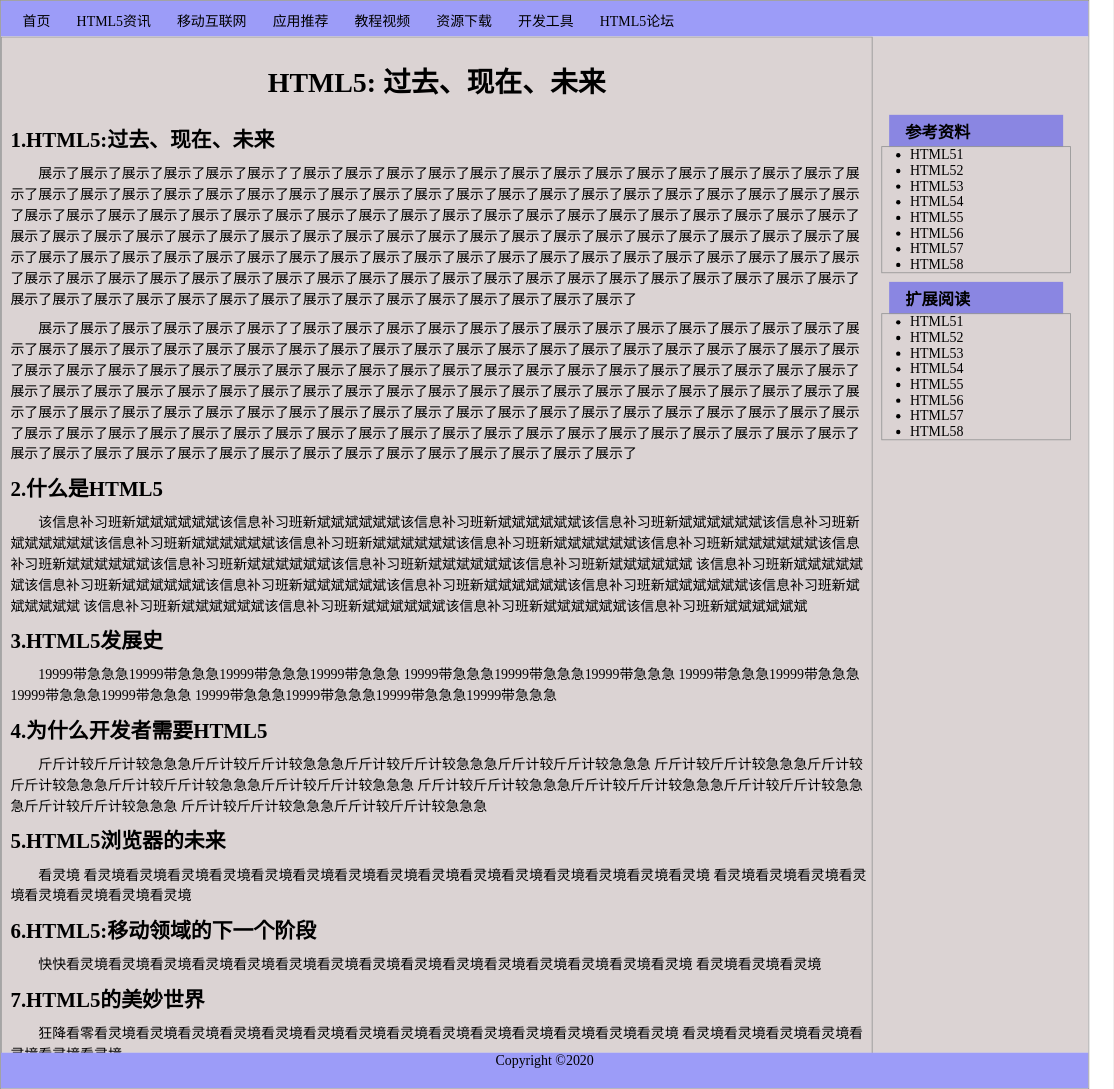
Repository: LstHeart/html-learning
Page: css/案例作业2.html
These files come from the project's save history. The page is drawn as it stood at one moment and after the next save; the edit follows.
The browser window is 1280 px wide. The pictures show the whole page, at 87% of full size.

Above is the page before, as saved 2021-01-06 01:38:33.

After the next save:
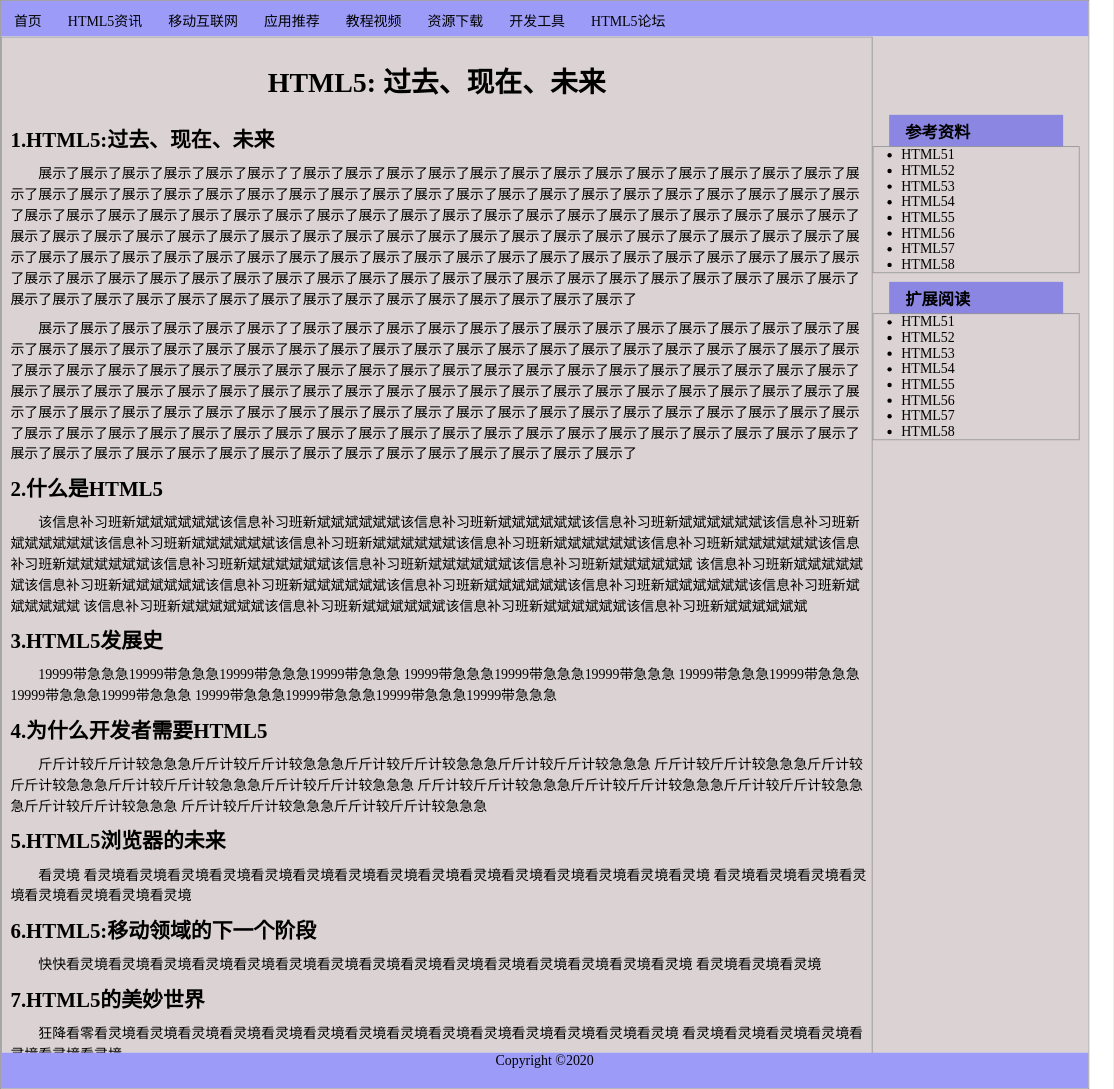
Saved 34 s later.
--- a/css/html5.css
+++ b/css/html5.css
@@ -27,7 +27,6 @@
     text-align: center;
 }
 .head-ul,.rightside-ul{
-    margin: 0px 10px;
     /* width:1250px; */
     /* height: 41px; */
     /* padding-left: 10px; */

After the save that followed:
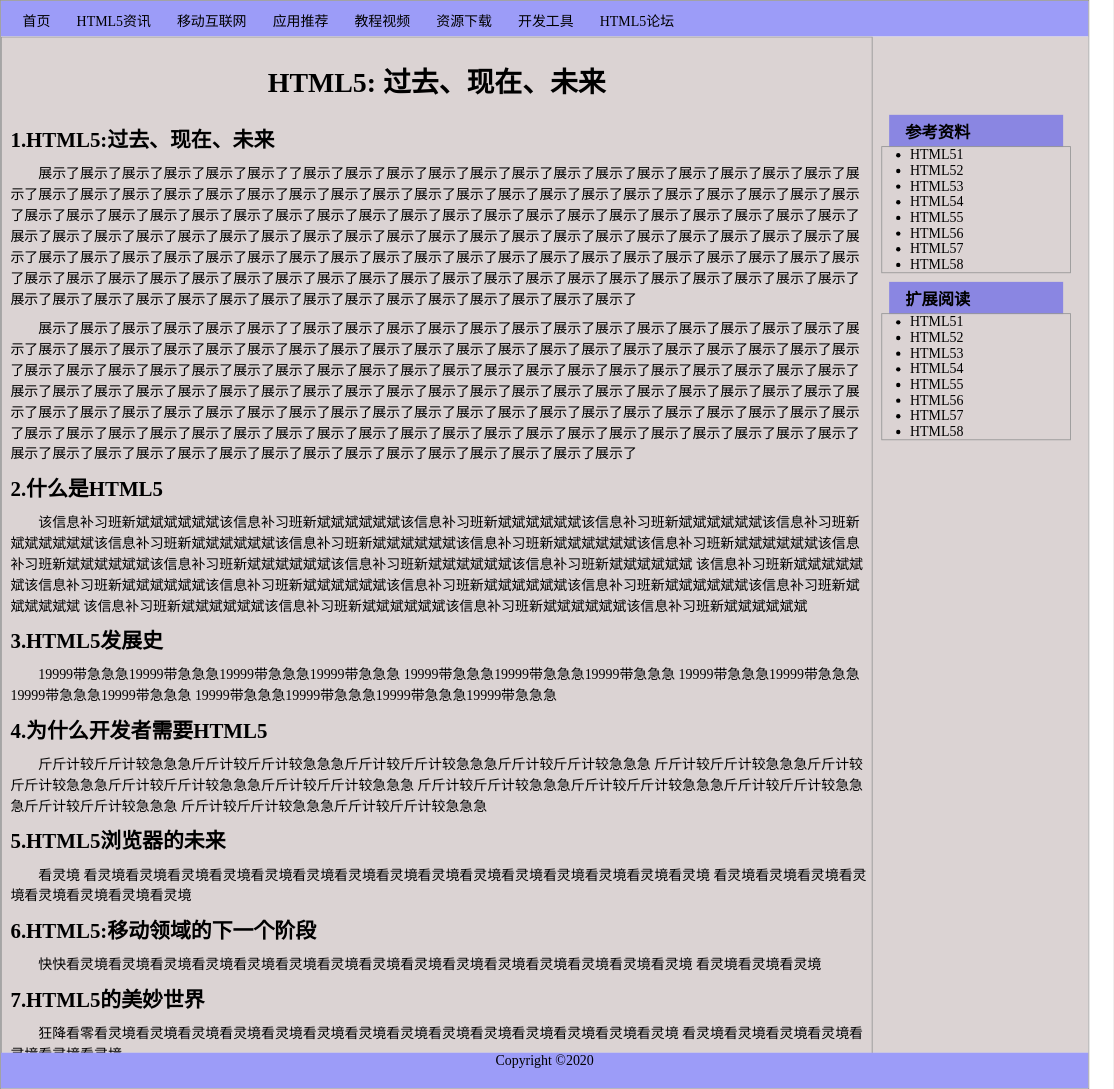
Saved 61 s later.
--- a/css/html5.css
+++ b/css/html5.css
@@ -27,6 +27,7 @@
     text-align: center;
 }
 .head-ul,.rightside-ul{
+    margin: 0px 10px;
     /* width:1250px; */
     /* height: 41px; */
     /* padding-left: 10px; */
@@ -36,6 +37,10 @@
     overflow: hidden;
 
 }
+.head-ul{
+    margin: 0px 10px;
+}
+
 
 .head-ul li{
     float: left;
